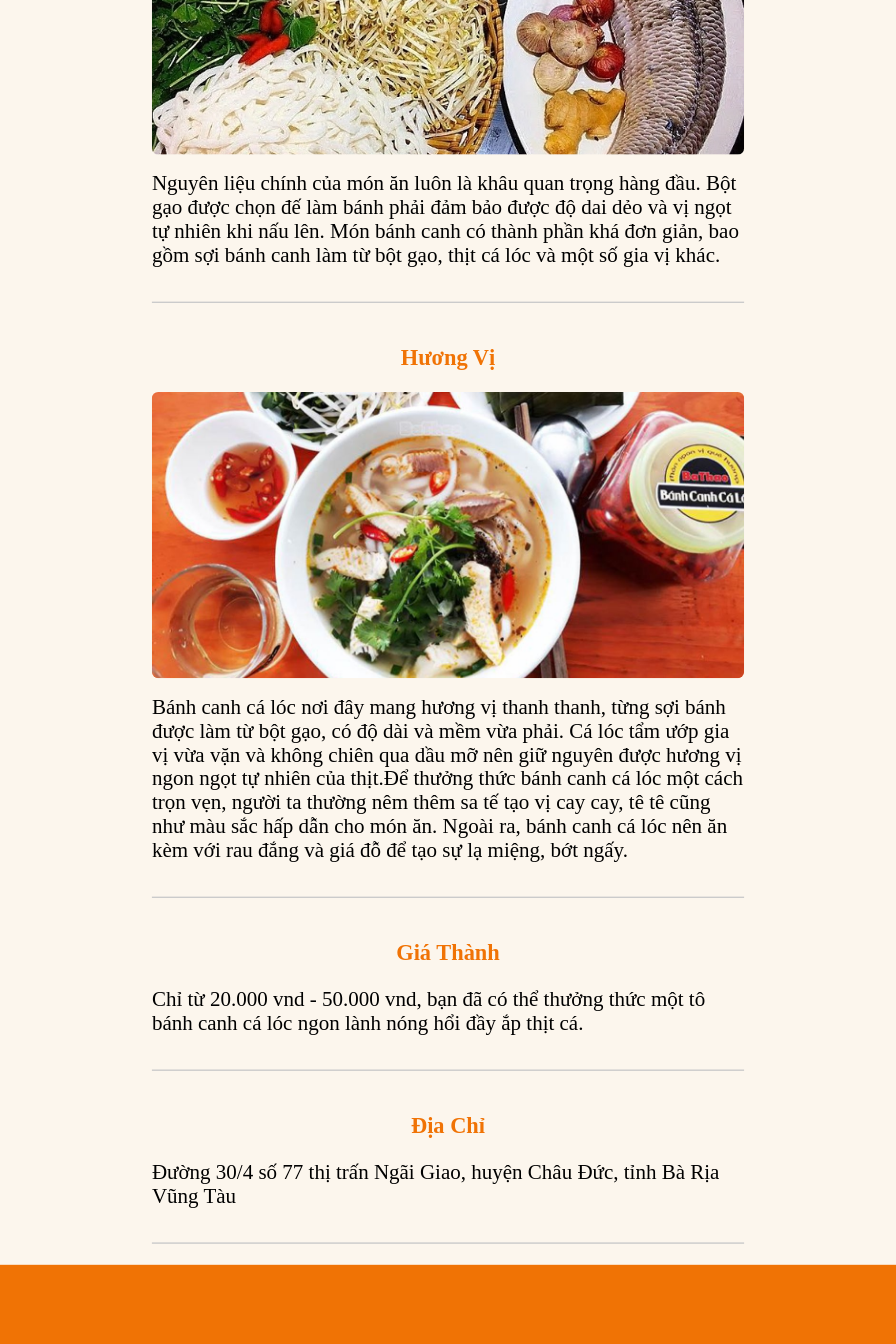
Repository: LeCongTuan2608/AmThuc
Page: public/index.html
These files come from the project's save history. The page is drawn as it stood at one moment and after the next save; the edit follows.
The browser window is 1280 px wide. The pictures show the part of the page from y = 1287 to 3207 px (the page is 3528 px tall), at 70% of full size.
Some web fonts or font styles are not loaded; a fallback is used. The style sheet was rebuilt from its Sass, Less or Tailwind sources for each picture, by a compiler version that may differ from the author's.

Above is the page before, as saved 2022-04-15 12:31:11.

After the next save:
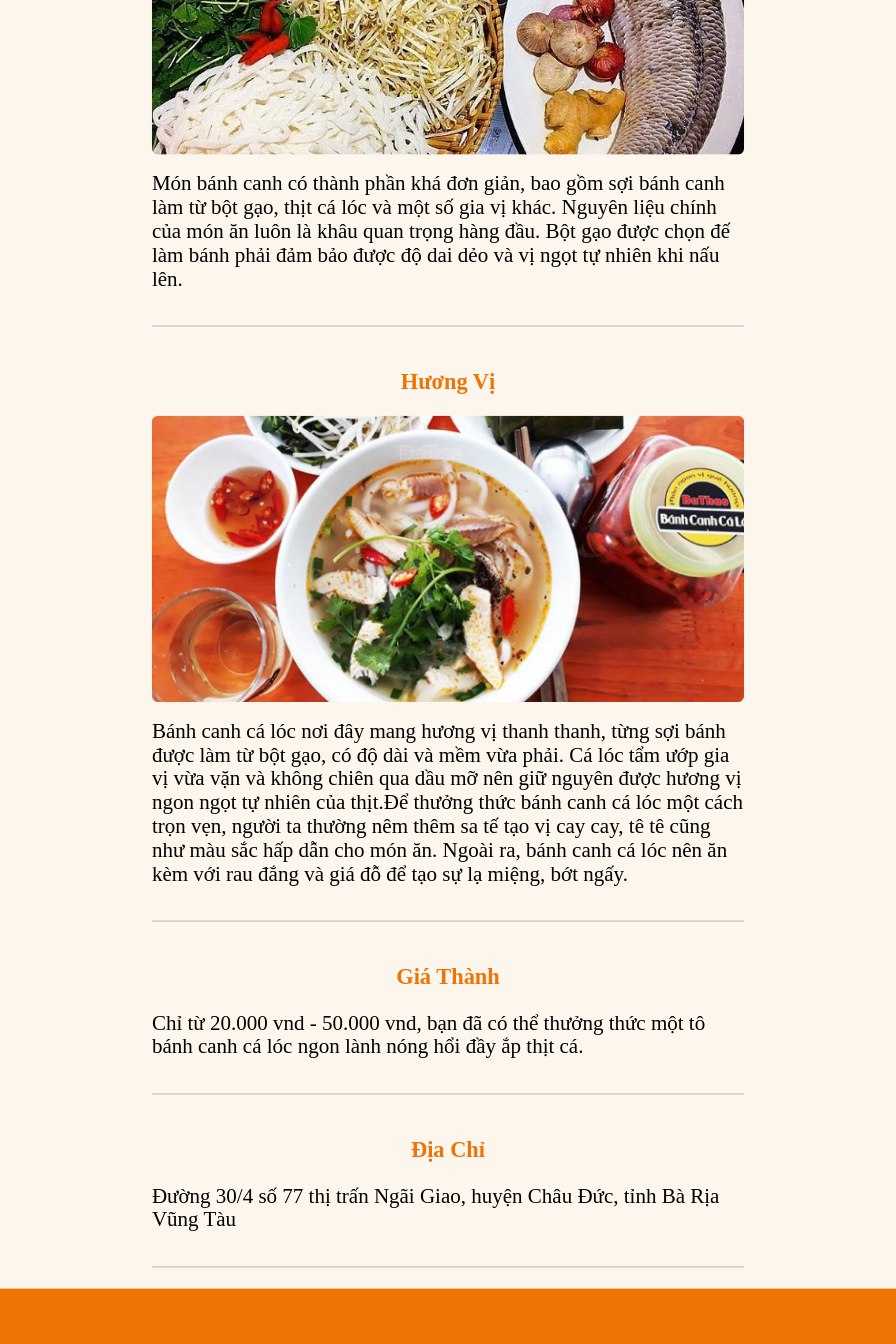
Saved 12 s later.
--- a/public/index.html
+++ b/public/index.html
@@ -43,9 +43,9 @@
                      <h1>Nguyên Liệu</h1>
                      <img src="../images/anh-8.jpg" alt="" />
                      <p>
-                        Nguyên liệu chính của món ăn luôn là khâu quan trọng hàng đầu. Bột gạo được chọn đế làm bánh
-                        phải đảm bảo được độ dai dẻo và vị ngọt tự nhiên khi nấu lên. Món bánh canh có thành phần khá
-                        đơn giản, bao gồm sợi bánh canh làm từ bột gạo, thịt cá lóc và một số gia vị khác.
+                        Món bánh canh có thành phần khá đơn giản, bao gồm sợi bánh canh làm từ bột gạo, thịt cá lóc và
+                        một số gia vị khác. Nguyên liệu chính của món ăn luôn là khâu quan trọng hàng đầu. Bột gạo được
+                        chọn đế làm bánh phải đảm bảo được độ dai dẻo và vị ngọt tự nhiên khi nấu lên.
                      </p>
                   </div>
                   <div id="taste" class="posts">
